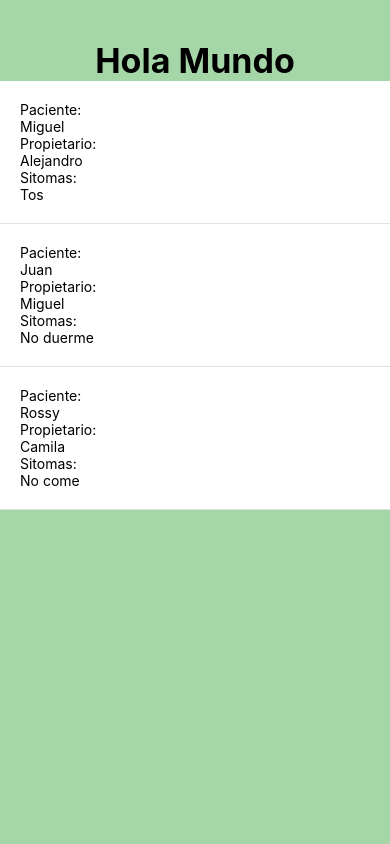
Repository: AleMicky/citas
Screen: /
An editor plug-in stored every save of this project. The screen is shown before and after the next save, followed by the edit.
The app was drawn by React Native's web renderer in a window 390 px wide. The project was rebuilt for these pictures with package versions that can differ from the ones it lists, and the page was loaded fresh each time.

Above is the screen before, as saved 2020-06-27 00:27:14.

After the next save:
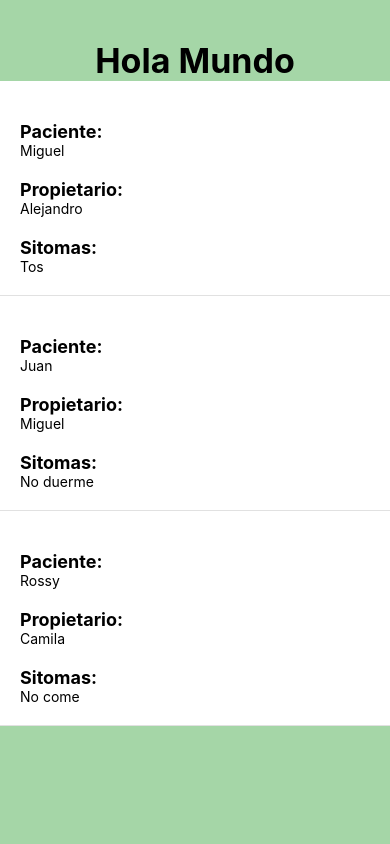
Saved 2 min 49 s later.
--- a/src/components/Cita.js
+++ b/src/components/Cita.js
@@ -7,16 +7,16 @@ const Cita = ({ item }) => {
     return (
         <View style={styles.cita}>
             <View>
-                <Text>Paciente: </Text>
-                <Text>{paciente}</Text>
+                <Text style={styles.lebel}>Paciente: </Text>
+                <Text style={styles.texto}>{paciente}</Text>
             </View>
             <View>
-                <Text>Propietario: </Text>
-                <Text>{propietario}</Text>
+                <Text style={styles.lebel}>Propietario: </Text>
+                <Text style={styles.texto}>{propietario}</Text>
             </View>
             <View>
-                <Text>Sitomas: </Text>
-                <Text>{sitomas}</Text>
+                <Text style={styles.lebel}>Sitomas: </Text>
+                <Text style={styles.texto}>{sitomas}</Text>
             </View>
         </View>
     );
@@ -29,6 +29,14 @@ const styles = StyleSheet.create({
         borderBottomWidth: 1,
         paddingVertical:20,
         paddingHorizontal:20,
+    },
+    lebel:{
+        fontWeight:'bold',
+        fontSize:18,
+        marginTop:20
+    },
+    texto:{
+
     }
 })
 export default Cita;
